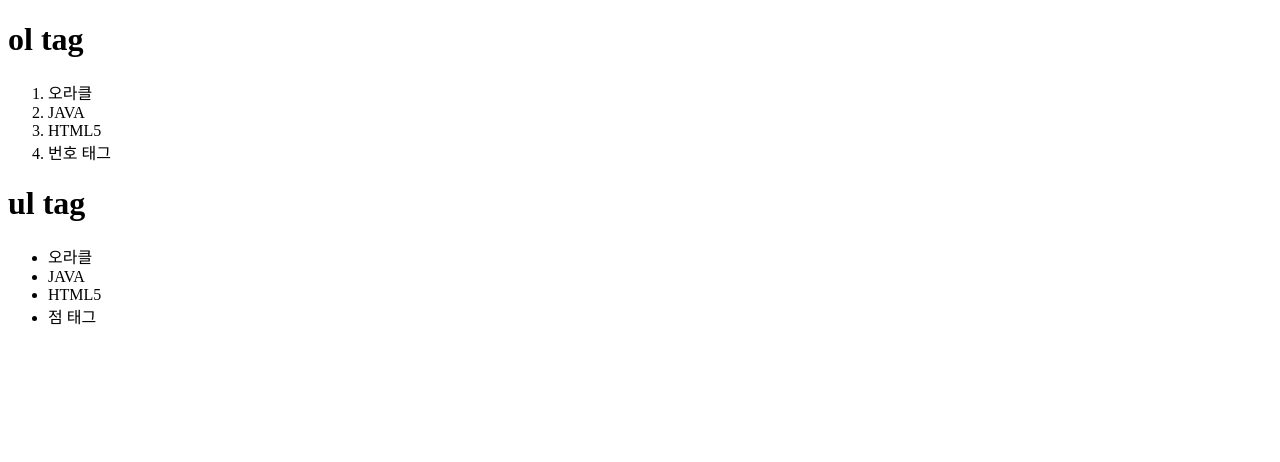
Repository: rightsecond3/java52
Page: workspace_script/dev_html/WebContent/css_selector/listTag_1.html
The author's editor kept a copy of each file at every save. The page is drawn from the files as they stood at one save, then again after the next save.
The browser window is 1280 px wide. The pictures show the whole page.

Above is the page before, as saved 2019-06-10 01:05:52.

After the next save:
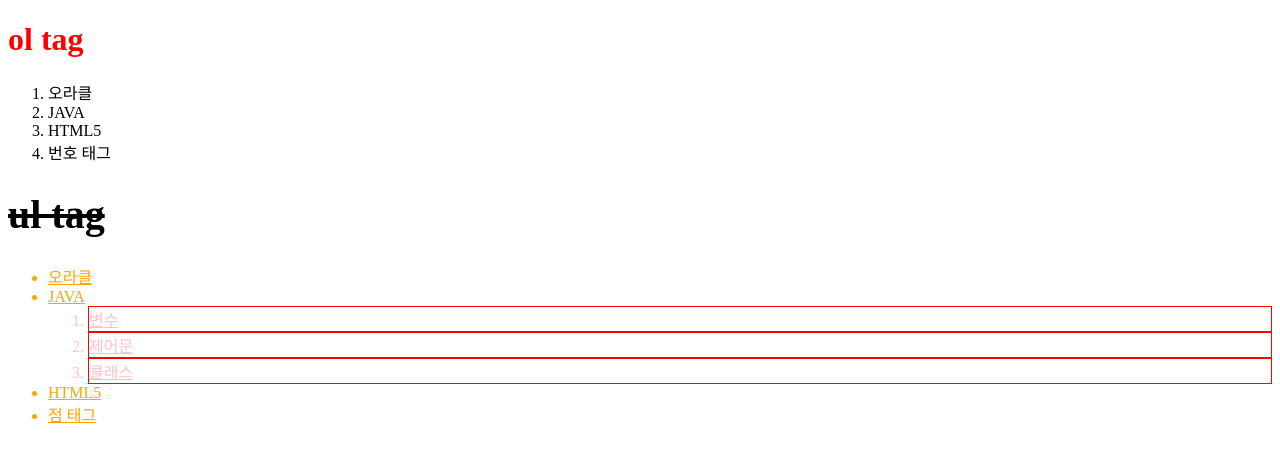
Saved 2 min 7 s later.
--- a/workspace_script/dev_html/WebContent/css_selector/listTag_1.html
+++ b/workspace_script/dev_html/WebContent/css_selector/listTag_1.html
@@ -3,21 +3,44 @@
 <head>
 <meta charset="UTF-8">
 <title>목록태그</title>
+<!-- head영역에 쓸 때 [변수, 함수 선언] -->
 </head>
 <body>
-	<h1>ol tag</h1>
+	<style type="text/css">
+		#ol_id>li {
+			border: 1px solid red;
+			color: pink;
+		}
+		ul li {
+			color:orange;
+			text-decoration: underline;
+		}
+		.h1_sel {
+			color: red;
+		}
+		#h1_id {
+			text-decoration: line-through;
+			font-size: 40px;
+		}
+	</style>
+	<h1 class="h1_sel">ol tag</h1>
 	<ol>
 		<li>오라클</li>
 		<li>JAVA</li>
 		<li>HTML5</li>
 		<li>번호 태그</li>
 	</ol>
-	<h1>ul tag</h1>
+	<h1 id="h1_id">ul tag</h1>
 	<ul>
-	<li>오라클</li>
-	<li>JAVA</li>
-	<li>HTML5</li>
-	<li>점 태그</li>
+		<li>오라클</li>
+		<li>JAVA</li>
+		<ol id="ol_id">
+				<li>변수</li>
+				<li>제어문</li>
+				<li>클래스</li>
+			</ol>
+		<li>HTML5</li>
+		<li>점 태그</li>
 	</ul>
 </body>
 </html>
